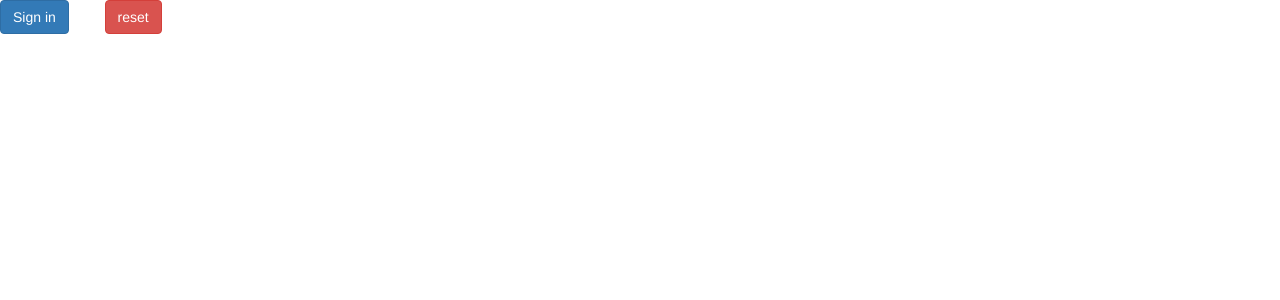
Repository: JuniorProjectTraining/free
Page: http://localhost/emss/caozuo.jsp
These files come from the project's save history. The page is drawn as it stood at one moment and after the next save; the edit follows.
The browser window is 1280 px wide. The pictures show the whole page.
Some web libraries are served in a nearby version. The page is served by Tomcat 9.

Above is the page before, as saved 2019-12-25 14:31:28.

After the next save:
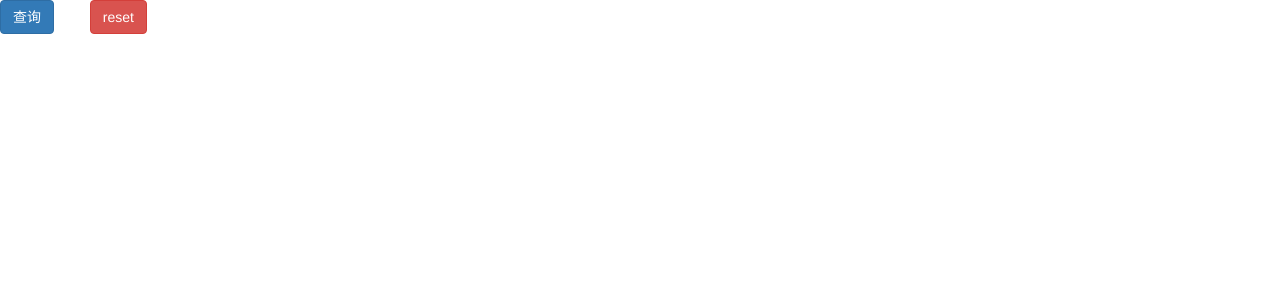
Saved 15 s later.
--- a/emss/src/main/webapp/caozuo.jsp
+++ b/emss/src/main/webapp/caozuo.jsp
@@ -23,7 +23,7 @@
 </head>
 <body>
 
-	<button type="button" class="btn btn-primary">Sign in</button>
+	<button type="button" class="btn btn-primary">查询</button>
 	&emsp;&emsp;
 	<button type="button" class="btn btn-danger">reset</button>
 
